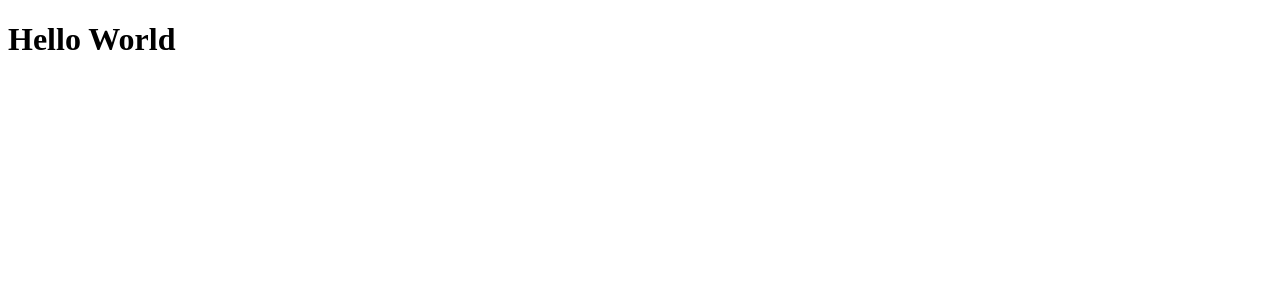
Repository: adinduokoro/kiosk-self-checkout
Page: /
These files come from the project's save history. The page is drawn as it stood at one moment and after the next save; the edit follows.
The browser window is 1280 px wide. The pictures show the whole page.
The project was rebuilt for these pictures with package versions that can differ from the ones it lists, and the page was loaded fresh each time. Also part of the build but not shown: vite.config.ts, src/views/StartView.vue.

Above is the page before, as saved 2026-01-10 09:55:11.

### index.html
<!doctype html>
<html lang="en">
  <head>
    <meta charset="UTF-8" />
    <link rel="icon" type="image/svg+xml" href="/vite.svg" />
    <meta name="viewport" content="width=device-width, initial-scale=1.0" />
    <title>kiosk-self-checkout</title>
  </head>
  <body>
    <div id="app"></div>
    <script type="module" src="/src/main.ts"></script>
  </body>
</html>

### src/main.ts
import { createApp } from 'vue'
import { createPinia } from 'pinia'
import App from './App.vue'
import router from './router'

const app = createApp(App)
const pinia = createPinia()

app.use(pinia)
app.use(router)

app.mount('#app')

### src/App.vue
<script setup lang="ts">
</script>

<template>
  <div>
    <h1>Hello World</h1>
  </div>
</template>

<style>

</style>

### src/router/index.ts
import { createRouter, createWebHistory } from 'vue-router'

const router = createRouter({
  history: createWebHistory(),
  routes: [
    {
      path: '/',
      name: 'start',
      component: () => import('@/views/StartView.vue')
    },
  ]
})

export default router

After the next save:
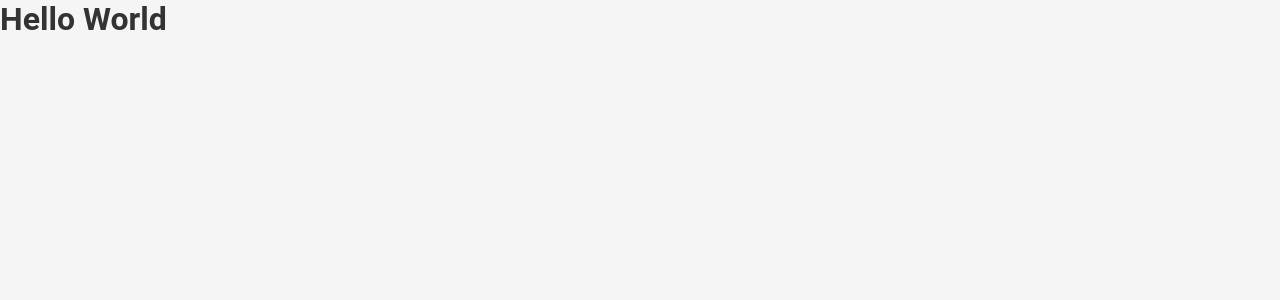
Saved 11 s later.
--- a/src/App.vue
+++ b/src/App.vue
@@ -8,5 +8,19 @@
 </template>
 
 <style>
+* {
+  margin: 0;
+  padding: 0;
+  box-sizing: border-box;
+}
 
+body {
+  font-family: "Roboto", sans-serif;
+  background: #f5f5f5;
+  color: #333;
+}
+
+#app {
+  min-height: 100vh;
+}
 </style>
